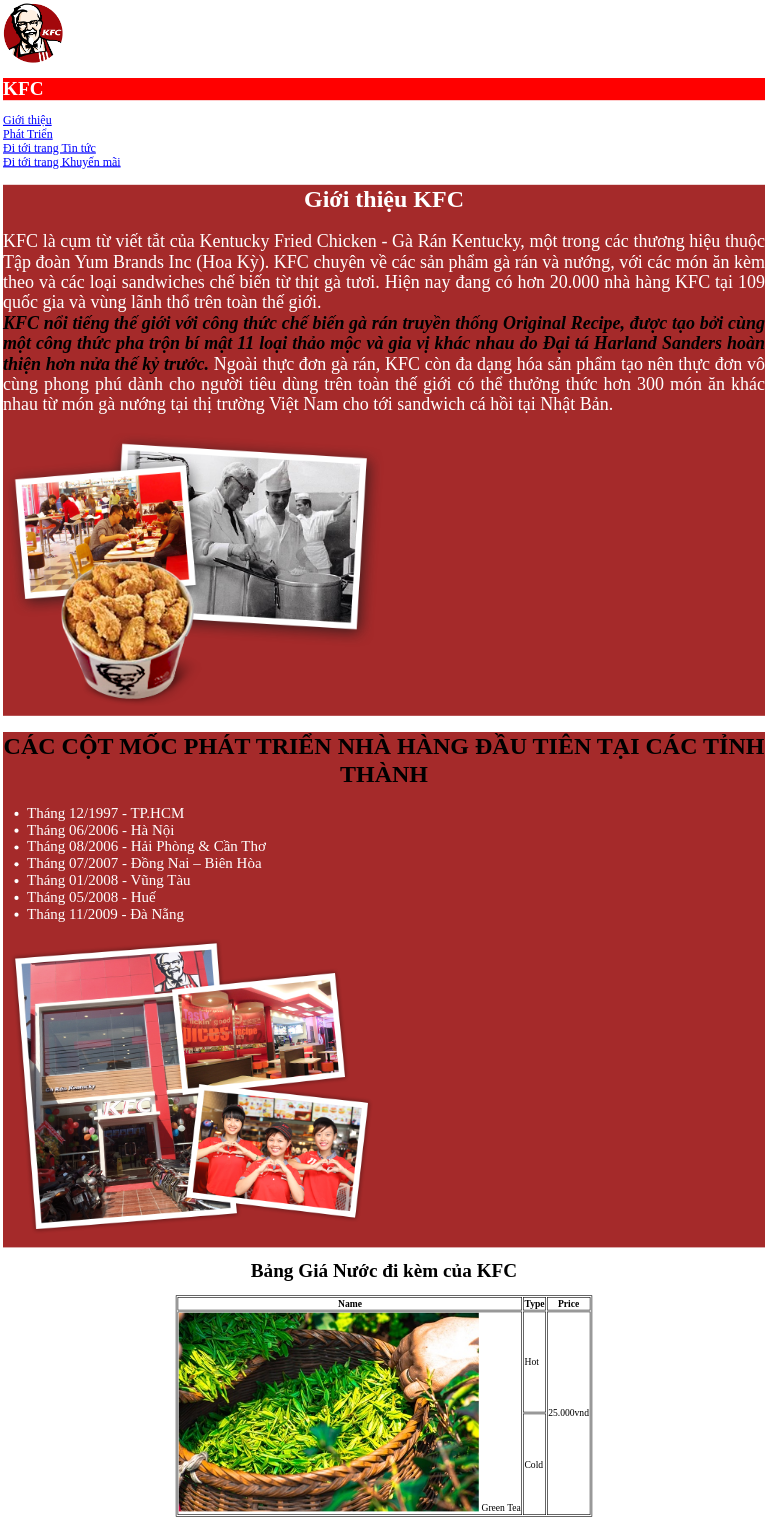
Repository: giahuy405/BC38__-BaiTapHTML_KFC__Pham_Gia_Huy
Page: index.html
An editor plug-in stored every save of this project. The page is shown before and after the next save, followed by the edit.
The browser window is 1280 px wide. The pictures show the whole page, at 60% of full size.

Above is the page before, as saved 2022-09-06 19:46:53.

After the next save:
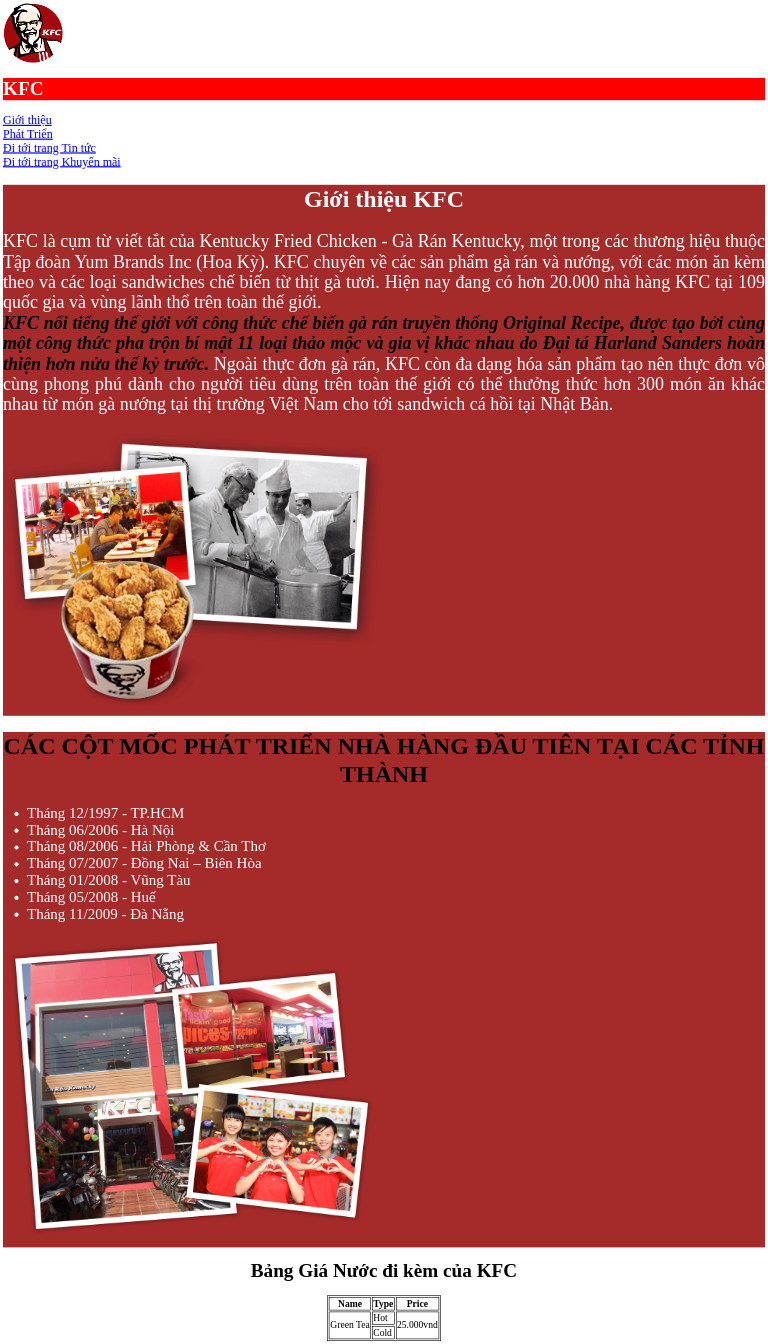
Saved 33 s later.
--- a/index.html
+++ b/index.html
@@ -57,7 +57,7 @@
             </tr>
             <tr>
                 <td colspan="2" rowspan="2">
-                    <img src="./img/greentea.jpg" alt=""> Green Tea
+                     Green Tea
                 </td>
                 <td>Hot</td>
                 <td rowspan="2">25.000vnd</td>
